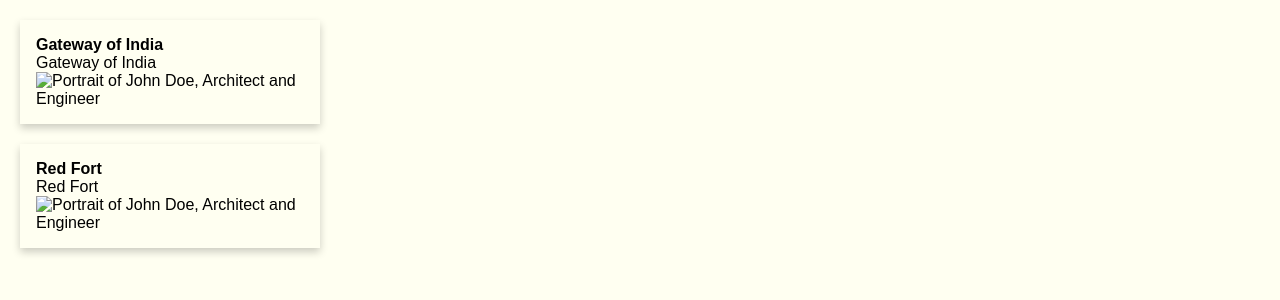
Repository: Muskan1Kumari4draw/React-app-with-concept
Page: /
These files come from the project's save history. The page is drawn as it stood at one moment and after the next save; the edit follows.
The browser window is 1280 px wide. The pictures show the whole page.
The project was rebuilt for these pictures with package versions that can differ from the ones it lists, and the page was loaded fresh each time.

Above is the page before, as saved 2024-09-29 15:12:30.

### src/App.js
import React from 'react';
import Restaurant from  "./component/Basic/Restaurant";
const App = () => {
  return <Restaurant/> ;
};

export default App

### src/component/Basic/Restaurant.js
import React from 'react';
import "./style.css";
import data from './restaurant.json'
const Restaurant = () => {
  return (
    <>
    {
        data.map((area,index) =>{
        return (
<div className="card" key ={index}>
        <div className="container">
          <span className="card-title"><b>{area.Monuments}</b></span>
          <p className="description">{area.Monuments}</p>
          <img  alt="Portrait of John Doe, Architect and Engineer" />
        </div>
      <div>
      </div>
      </div>
        )})
        }



    </>
  );
};

export default Restaurant;

### src/component/Basic/style.css
* {
  margin: 0;
  padding: 0;
  box-sizing: border-box;
}

body {
  background: rgb(255, 255, 241);
  font-family: Arial, sans-serif;
}

/* Navbar Styling */
.navbar {
  margin: auto;
  background: #fff;
  height: 50px;
  box-shadow: 0 4px 8px 0 rgba(0, 0, 0, 0.2);
  display: flex;
  justify-content: center;
  align-items: center;
}

.menu-nav {
  display: flex;
  justify-content: center;
}

.navbar a {
  color: #333;
  text-align: center;
  padding: 14px 16px;
  text-decoration: none;
  font-size: 17px;
  margin: auto;
}

/* Card Styling */
.card {
  box-shadow: 0 4px 8px 0 rgba(0, 0, 0, 0.2);
  transition: 0.3s;
  width: 300px;
  height: auto;
  margin: 20px;
}

.card:hover {
  box-shadow: 0 8px 16px 0 rgba(0, 0, 0, 0.2);
}

.container {
  padding: 16px;
}

.container img {
  width: 100%;
  height: auto;
  display: block;
}

.section-div {
  display: flex;
  flex-wrap: wrap;
  justify-content: center;
  align-items: center;
}

/* Responsive Media Queries */
@media screen and (max-width: 768px) {
  /* Stack the navbar links vertically on small screens */
  .navbar {
    flex-direction: column;
    height: auto;
  }

  .menu-nav {
    flex-direction: column;
  }

  .navbar a {
    padding: 10px;
    font-size: 15px;
    margin: 5px 0;
  }

  /* Adjust card layout on small screens */
  .card {
    width: 90%;
    margin: 10px;
  }

  /* Adjust font size and padding */
  .container {
    padding: 10px;
  }
}

@media screen and (max-width: 480px) {
  /* Further adjustments for very small screens */
  .navbar a {
    font-size: 14px;
    padding: 8px;
  }

  .card {
    width: 100%;
    margin: 10px;
  }

  .container h4 {
    font-size: 18px;
  }

  .container p {
    font-size: 14px;
  }
}  * {
      margin: 0;
      padding: 0;
      box-sizing: border-box;
    }

    body {
      background: rgb(255, 255, 241);
      font-family: Arial, sans-serif;
    }

    /* Navbar Styling */
    .navbar {
      margin: auto;
      background: #fff;
      height: 50px;
      box-shadow: 0 4px 8px 0 rgba(0, 0, 0, 0.2);
      display: flex;
      justify-content: center;
      align-items: center;
    }

    .menu-nav {
      display: flex;
      justify-content: center;
    }

    .navbar a {
      color: #333;
      text-align: center;
      padding: 14px 16px;
      text-decoration: none;
      font-size: 17px;
      margin: auto;
    }

    /* Card Styling */
    .card {
      box-shadow: 0 4px 8px 0 rgba(0, 0, 0, 0.2);
      transition: 0.3s;
      width: 300px;
      height: auto;
      margin: 20px;
    }

    .card:hover {
      box-shadow: 0 8px 16px 0 rgba(0, 0, 0, 0.2);
    }

    .container {
      padding: 16px;
    }

    .container img {
      width: 100%;
      height: auto;
      display: block;
    }

    .section-div {
      display: flex;
      flex-wrap: wrap;
      justify-content: center;
      align-items: center;
    }

    /* Responsive Media Queries */
    @media screen and (max-width: 768px) {
      /* Stack the navbar links vertically on small screens */
      .navbar {
        flex-direction: column;
        height: auto;
      }

      .menu-nav {
        flex-direction: column;
      }

      .navbar a {
        padding: 10px;
        font-size: 15px;
        margin: 5px 0;
      }

      /* Adjust card layout on small screens */
      .card {
        width: 90%;
        margin: 10px;
      }

      /* Adjust font size and padding */
      .container {
        padding: 10px;
      }
    }

    @media screen and (max-width: 480px) {
      /* Further adjustments for very small screens */
      .navbar a {
        font-size: 14px;
        padding: 8px;
      }

      .card {
        width: 100%;
        margin: 10px;
      }

      .container h4 {
        font-size: 18px;
      }

      .container p {
        font-size: 14px;
      }
    }

### src/component/Basic/restaurant.json
[
  {
    "Id":1,
    "city": "Mumbai",
    "Monuments": "Gateway of India",
    "Description": "The Gateway of India is a 26-meter (85-foot) tall arch monument in Mumbai, India that was built to commemorate the visit of King George V and Queen Mary in 1911"
  },
  {
    "Id":2,
    "city": "Delhi",
    "Monuments": "Red Fort",
    "Description": "Red Fort Known for its architectural splendor, it is primarily constructed from red sandstone and marble, hence its name. The fort's construction began in 1639 and took nearly a decade. Originally known as 'Qila-i-Mubarak', it was later renamed Red Fort."
  }
]

Loaded but not shown: public/index.html (common file); src/index.js (common file); src/reportWebVitals.js (common file)

After the next save:
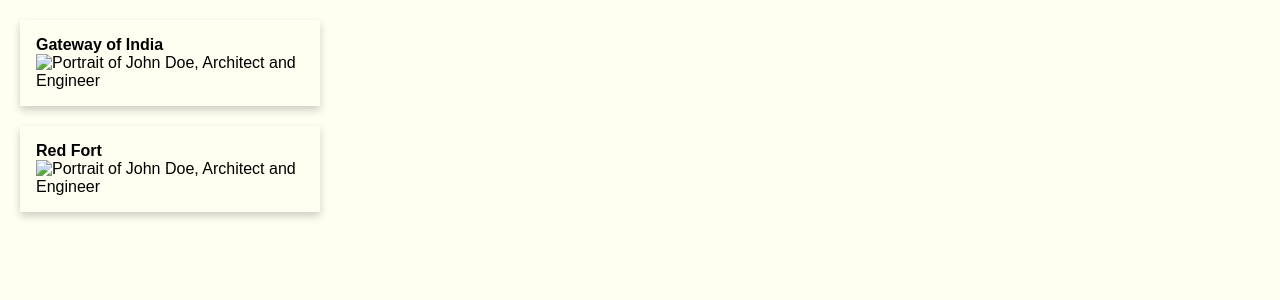
Saved 6 s later.
--- a/src/component/Basic/Restaurant.js
+++ b/src/component/Basic/Restaurant.js
@@ -10,7 +10,7 @@
 <div className="card" key ={index}>
         <div className="container">
           <span className="card-title"><b>{area.Monuments}</b></span>
-          <p className="description">{area.Monuments}</p>
+          <p className="description">{area.description}</p>
           <img  alt="Portrait of John Doe, Architect and Engineer" />
         </div>
       <div>
